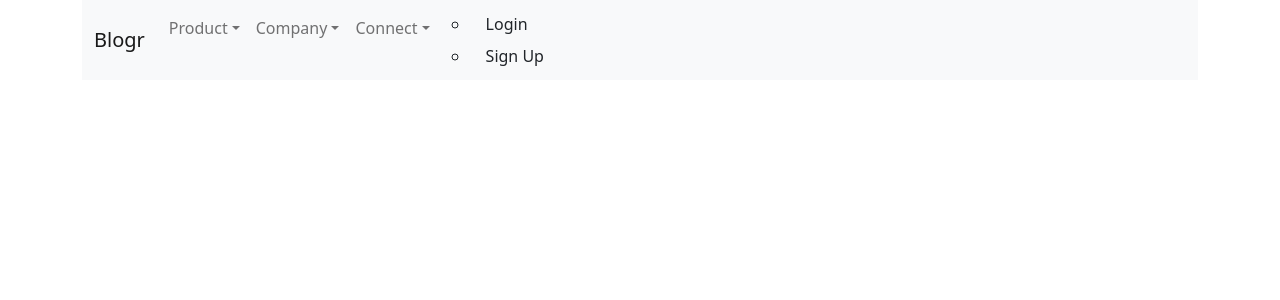
Repository: badhon252/blogr-landing-page
Page: /
An editor plug-in stored every save of this project. The page is shown before and after a run of saves, followed by the edit.
The browser window is 1280 px wide. The pictures show the whole page.
The project was rebuilt for these pictures with package versions that can differ from the ones it lists, and the page was loaded fresh each time.

Above is the page before, as saved 2022-01-17 21:14:57.

### public/index.html
<!DOCTYPE html>
<html lang="en">

<head>
  <meta charset="utf-8" />
  <link rel="icon" href="%PUBLIC_URL%/favicon.ico" />
  <meta name="viewport" content="width=device-width, initial-scale=1" />
  <meta name="theme-color" content="#000000" />
  <meta name="description" content="Web site created using create-react-app" />
  <link rel="apple-touch-icon" href="%PUBLIC_URL%/logo192.png" />

  <link rel="manifest" href="%PUBLIC_URL%/manifest.json" />
  <!-- Bootstrap css  -->
  <link href="https://cdn.jsdelivr.net/npm/bootstrap@5.1.3/dist/css/bootstrap.min.css" rel="stylesheet"
    integrity="sha384-1BmE4kWBq78iYhFldvKuhfTAU6auU8tT94WrHftjDbrCEXSU1oBoqyl2QvZ6jIW3" crossorigin="anonymous">


  <title>Blogr</title>
</head>

<body>
  <noscript>You need to enable JavaScript to run this app.</noscript>
  <div id="root"></div>

  <!-- Bootstrap js  -->
  <script src="https://cdn.jsdelivr.net/npm/bootstrap@5.1.3/dist/js/bootstrap.bundle.min.js"
    integrity="sha384-ka7Sk0Gln4gmtz2MlQnikT1wXgYsOg+OMhuP+IlRH9sENBO0LRn5q+8nbTov4+1p"
    crossorigin="anonymous"></script>

</body>

</html>

### src/App.js
import Maincomp from "./components/MainComp";

function App() {
  return (
    <div className="App">
      <Maincomp />
    </div>
  );
}

export default App;

### src/components/MainComp.js
import React from "react";
import Header from "./Header/Header";

const Maincomp = () => {
  return (
    <div>
      <Header />
    </div>
  );
};

export default Maincomp;

### src/components/Header/Header.js
import React from "react";
import Nav from "./Nav";

export default function Header() {
  return (
    <div className="container">
      <Nav />
    </div>
  );
}

### src/components/Header/Nav.js
import React from "react";

const Nav = () => {
  return (
    <div>
      <nav className="navbar navbar-expand-lg navbar-light bg-light">
        <div className="container-fluid">
          <a className="navbar-brand" href="/">
            Blogr
          </a>
          <button
            className="navbar-toggler"
            type="button"
            data-bs-toggle="collapse"
            data-bs-target="#navbarSupportedContent"
            aria-controls="navbarSupportedContent"
            aria-expanded="false"
            aria-label="Toggle navigation"
          >
            <span className="navbar-toggler-icon"></span>
          </button>
          <div className="collapse navbar-collapse" id="navbarSupportedContent">
            <ul className="navbar-nav me-auto mb-2 mb-lg-0">
              <li className="nav-item dropdown">
                <a
                  className="nav-link dropdown-toggle"
                  href="/"
                  id="navbarDropdown"
                  role="button"
                  data-bs-toggle="dropdown"
                  aria-expanded="false"
                >
                  Product
                </a>
                <ul className="dropdown-menu" aria-labelledby="navbarDropdown">
                  <li>
                    <a className="dropdown-item" href="/">
                      Action
                    </a>
                  </li>
                  <li>
                    <a className="dropdown-item" href="/">
                      Another action
                    </a>
                  </li>
                  <li>
                    <hr className="dropdown-divider" />
                  </li>
                  <li>
                    <a className="dropdown-item" href="/">
                      Something else here
                    </a>
                  </li>
                </ul>
              </li>{" "}
              <li className="nav-item dropdown">
                <a
                  className="nav-link dropdown-toggle"
                  href="/"
                  id="navbarDropdown"
                  role="button"
                  data-bs-toggle="dropdown"
                  aria-expanded="false"
                >
                  Company
                </a>
                <ul className="dropdown-menu" aria-labelledby="navbarDropdown">
                  <li>
                    <a className="dropdown-item" href="/">
                      Action
                    </a>
                  </li>
                  <li>
                    <a className="dropdown-item" href="/">
                      Another action
                    </a>
                  </li>
                  <li>
                    <hr className="dropdown-divider" />
                  </li>
                  <li>
                    <a className="dropdown-item" href="/">
                      Something else here
                    </a>
                  </li>
                </ul>
              </li>{" "}
              <li className="nav-item dropdown">
                <a
                  className="nav-link dropdown-toggle"
                  href="/"
                  id="navbarDropdown"
                  role="button"
                  data-bs-toggle="dropdown"
                  aria-expanded="false"
                >
                  Connect
                </a>
                <ul className="dropdown-menu" aria-labelledby="navbarDropdown">
                  <li>
                    <a className="dropdown-item" href="/">
                      Action
                    </a>
                  </li>
                  <li>
                    <a className="dropdown-item" href="/">
                      Another action
                    </a>
                  </li>
                  <li>
                    <hr className="dropdown-divider" />
                  </li>
                  <li>
                    <a className="dropdown-item" href="/">
                      Something else here
                    </a>
                  </li>
                </ul>
              </li>
              <ul className="ms-auto">
                <li className="nav-item">
                  <a className="dropdown-item " href="/">
                    Login
                  </a>
                </li>{" "}
                <li className=" nav-item">
                  <a className="dropdown-item" href="/">
                    Sign Up
                  </a>
                </li>
              </ul>
            </ul>
          </div>
        </div>
      </nav>
    </div>
  );
};

export default Nav;

Loaded but not shown: src/index.js (common file); src/reportWebVitals.js (common file)

After the next 2 saves:
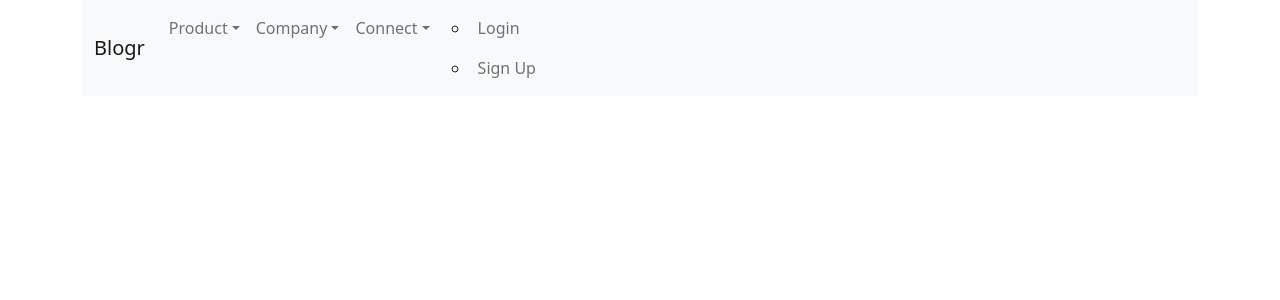
The 2 saves are shown as one change because they came seconds apart.
The last was saved 30 s later.
--- a/src/components/Header/Nav.js
+++ b/src/components/Header/Nav.js
@@ -119,12 +119,12 @@ const Nav = () => {
               </li>
               <ul className="ms-auto">
                 <li className="nav-item">
-                  <a className="dropdown-item " href="/">
+                  <a className="nav-link" href="/">
                     Login
                   </a>
                 </li>{" "}
                 <li className=" nav-item">
-                  <a className="dropdown-item" href="/">
+                  <a className="nav-link" href="/">
                     Sign Up
                   </a>
                 </li>
